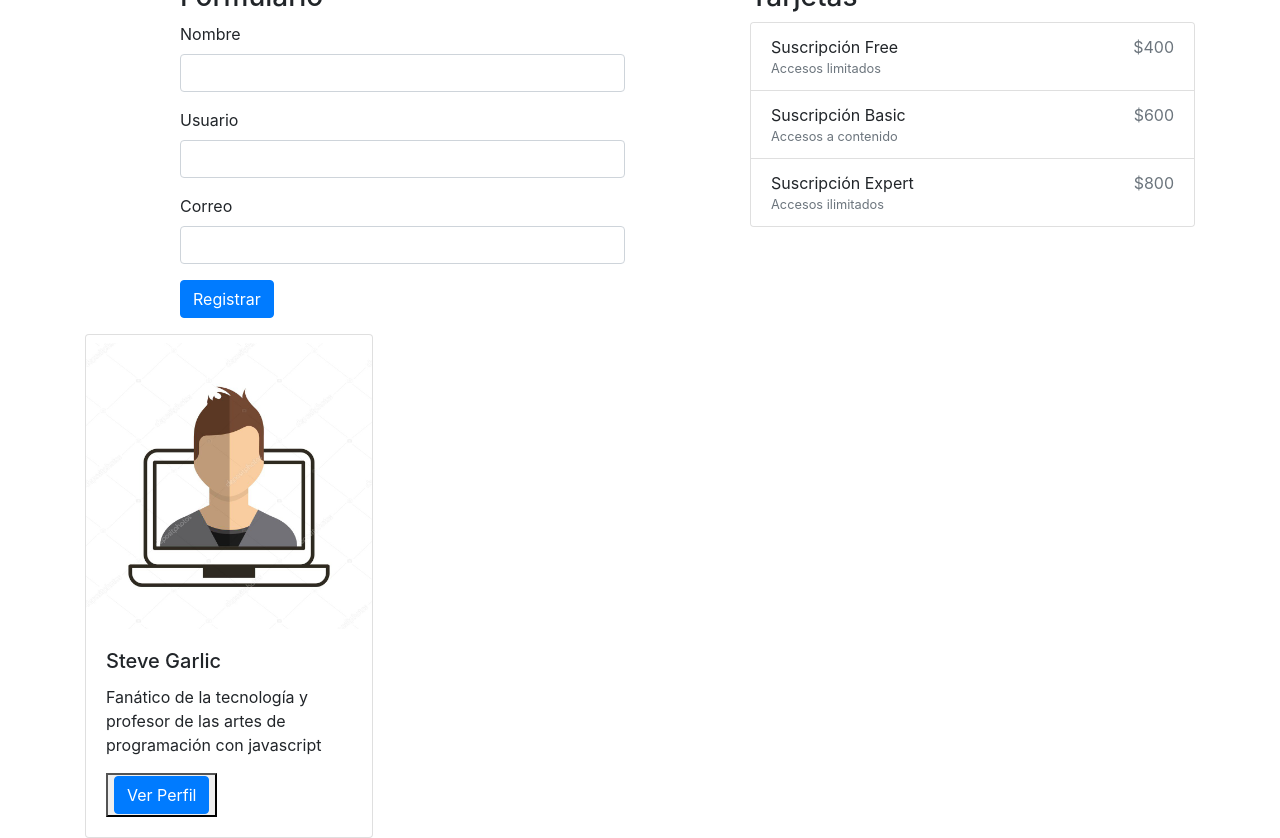
Repository: pedro-donoso/manipulacion-dom
Page: index.html
These files come from the project's save history. The page is drawn as it stood at one moment and after the next save; the edit follows.
The browser window is 1280 px wide. The pictures show the part of the page from y = 536 to 1374 px (the page is 1374 px tall before and 1368 px after).
A picture or video elsewhere on the page could not be fetched, so the positions and the page height are approximate.

Above is the page before, as saved 2024-02-06 01:34:56.

After the next save:
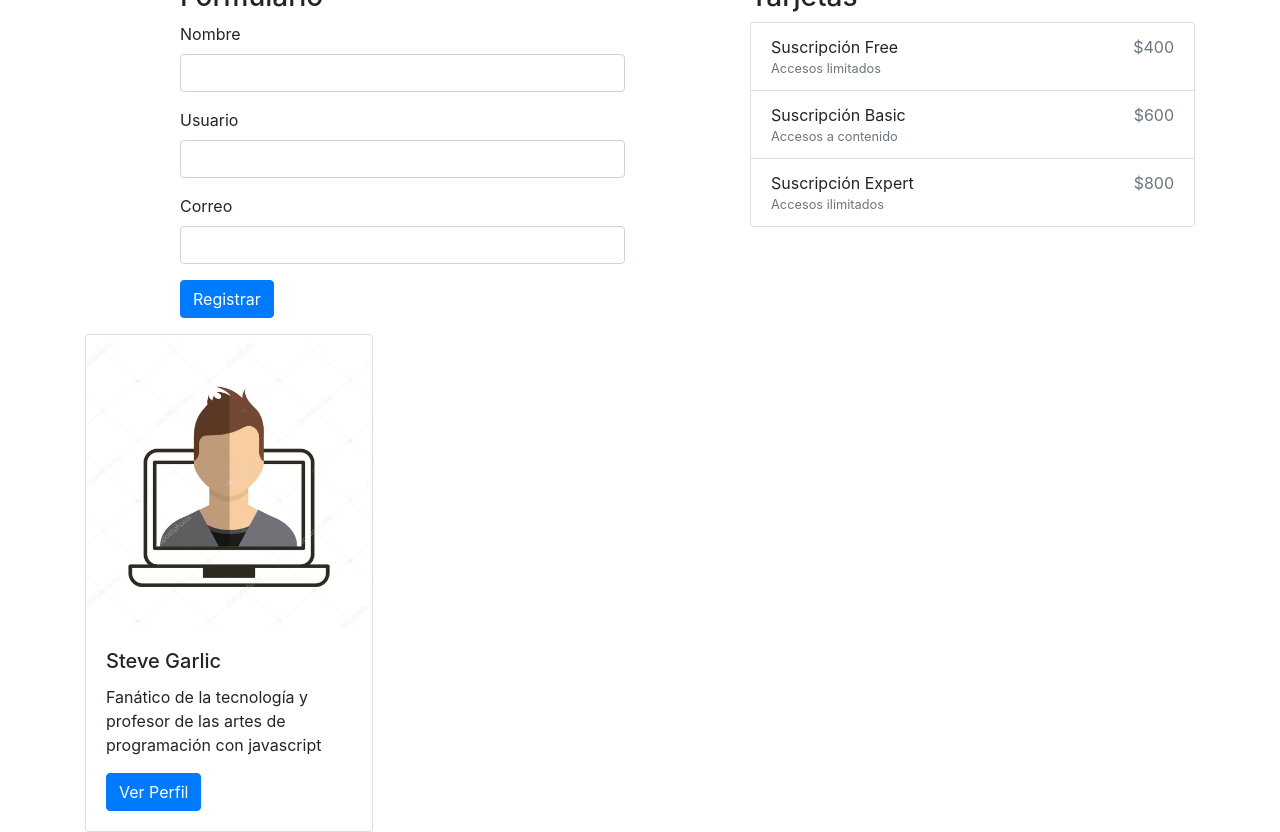
Saved 51 s later.
--- a/app.js
+++ b/app.js
@@ -38,7 +38,7 @@ let tarjetaAutor = ` <div class="card" style="width: 18rem;">
         <div class="card-body">
             <h5 class="card-title">${autor.nombre}</h5>
             <p class="card-text">${autor.descripcion}</p>
-            <button><a href="#" class="btn btn-primary">Ver Perfil</a></button>
+            <button class="btn btn-primary">Ver Perfil</a></button>
         </div>
     </div>`;
 
